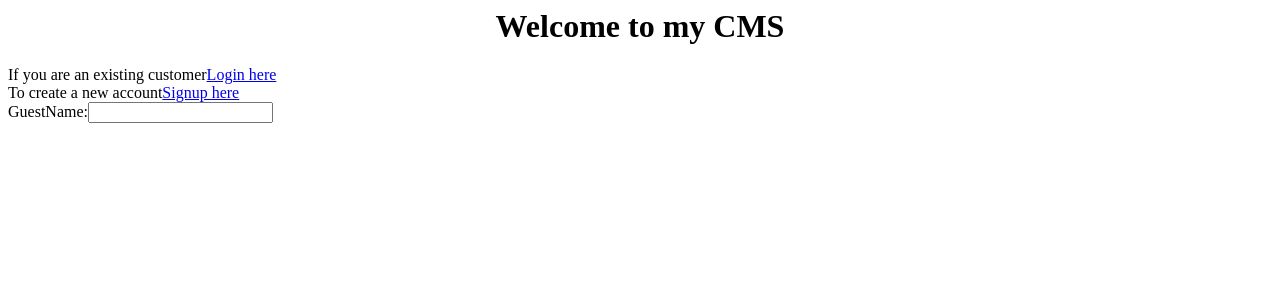
Repository: Rama-13/LaunchPadAllFiles
Page: java-workspace/FirstWebProject/WebContent/Welcome.html
An editor plug-in stored every save of this project. The page is shown before and after the next save, followed by the edit.
The browser window is 1280 px wide. The pictures show the whole page.

Above is the page before, as saved 2019-07-29 04:35:05.

After the next save:
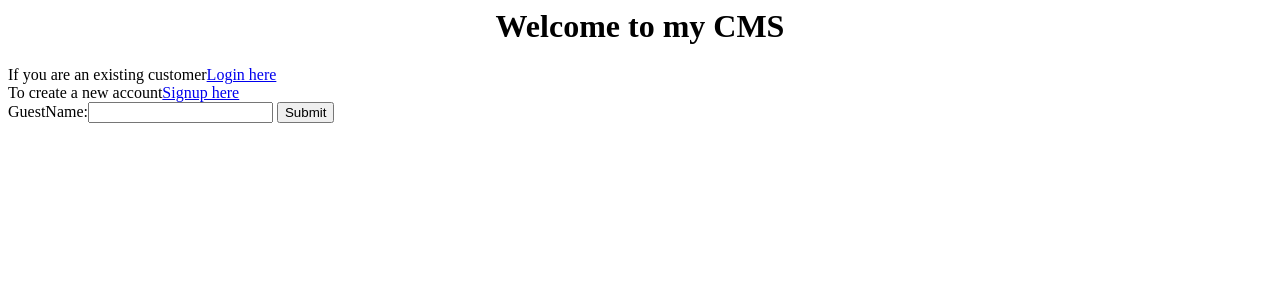
Saved 28 s later.
--- a/java-workspace/FirstWebProject/WebContent/Welcome.html
+++ b/java-workspace/FirstWebProject/WebContent/Welcome.html
@@ -5,5 +5,6 @@
     <form action = "Welcome">
 
     GuestName:<input type ="text" name = "guestName" id ="guestName">
+    <input type = "submit" name = "sign in">
     </form>
 </html>
